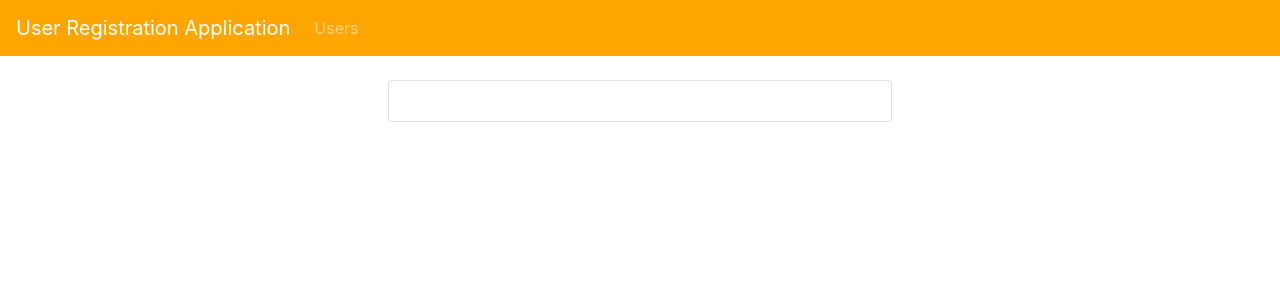
Repository: Malli120391/UserRegistrationSystemCrud
Page: http://localhost/UserRegistrationSystem/userform.jsp
The author's editor kept a copy of each file at every save. The page is drawn from the files as they stood at one save, then again after the next save.
The browser window is 1280 px wide. The pictures show the whole page.
The page is served by Tomcat 9.

Above is the page before, as saved 2020-12-27 02:57:39.

After the next save:
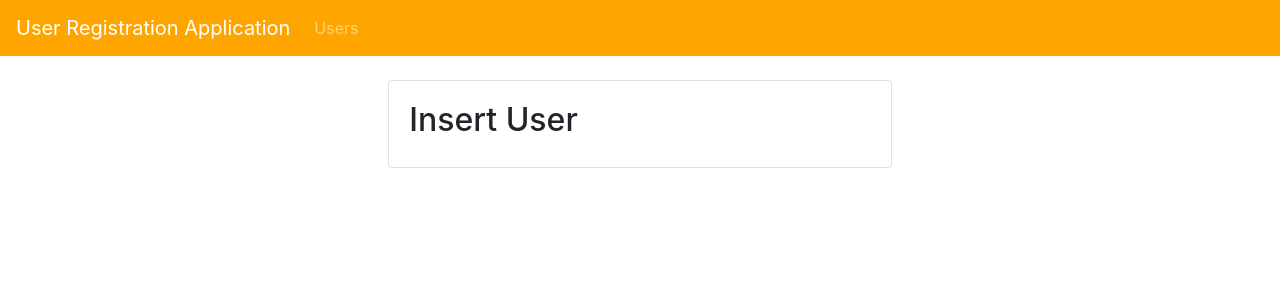
Saved 2 min 51 s later.
--- a/UserRegistrationSystem/WebContent/userform.jsp
+++ b/UserRegistrationSystem/WebContent/userform.jsp
@@ -40,6 +40,18 @@
                <c:if test="${user == null}">
                <form action="insertuser" method="post">
                </c:if>
+
+                 <caption>
+                  <h2>
+                   <c:if test="${user!=null}">
+                    Edit User
+                   </c:if>
+                   <c:if test="${user == null }">
+                    Insert User
+                   </c:if>
+                  </h2>
+                 </caption>
+
             </div>
            </div>
         </div>
